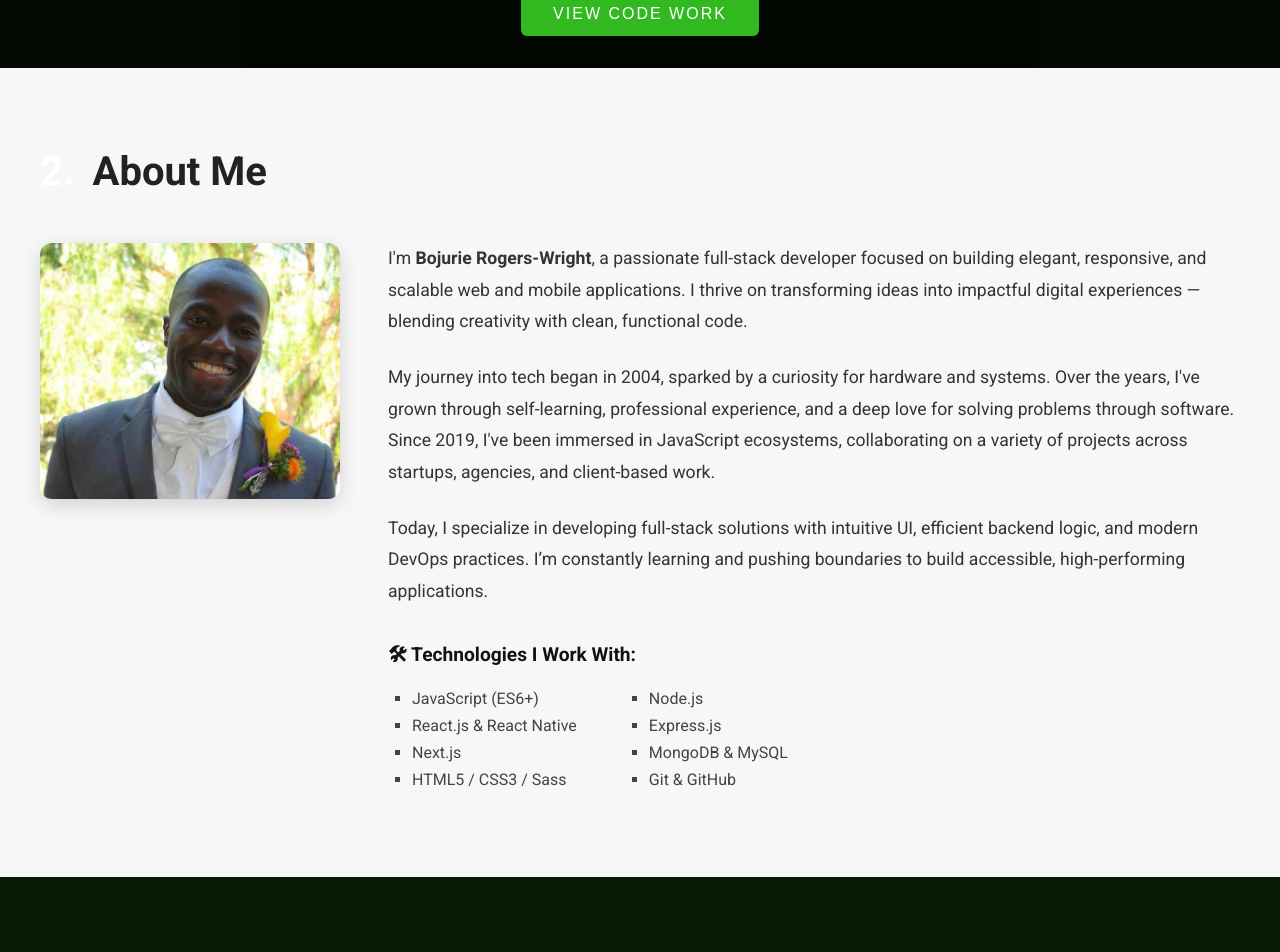
Repository: Bojurie/Portfolio_2022
Page: /
An editor plug-in stored every save of this project. The page is shown before and after the next save, followed by the edit.
The browser window is 1280 px wide. The pictures show the part of the page from y = 362 to 1314 px (the page is 3427 px tall before and 3994 px after).
Pictures or frames that could not be fetched are drawn as grey boxes. The project was rebuilt for these pictures with package versions that can differ from the ones it lists, and the page was loaded fresh each time. Also part of the build but not shown: src/component/pages/Resume.css, src/component/pages/Resume.js. Imported but missing from the stored project, and not drawn on this page: src/component/Resume.pdf, src/component/images/video.mp4, src/component/videos/Screen Recording 2022-04-01 at 8.22.57 PM.mov, src/component/videos/Screen Recording 2022-04-01 at 8.23.25 PM.mov, src/component/videos/Screen Recording 2022-04-01 at 8.25.20 PM.mov, src/component/videos/Screen Recording 2022-04-01 at 8.27.28 PM.mov, src/component/videos/Screen Recording 2022-04-01 at 8.28.35 PM.mov, src/component/videos/Screen Recording 2022-04-01 at 8.30.37 PM.mov and 3 more.

Above is the page before, as saved 2025-04-21 23:26:17.

After the next save:
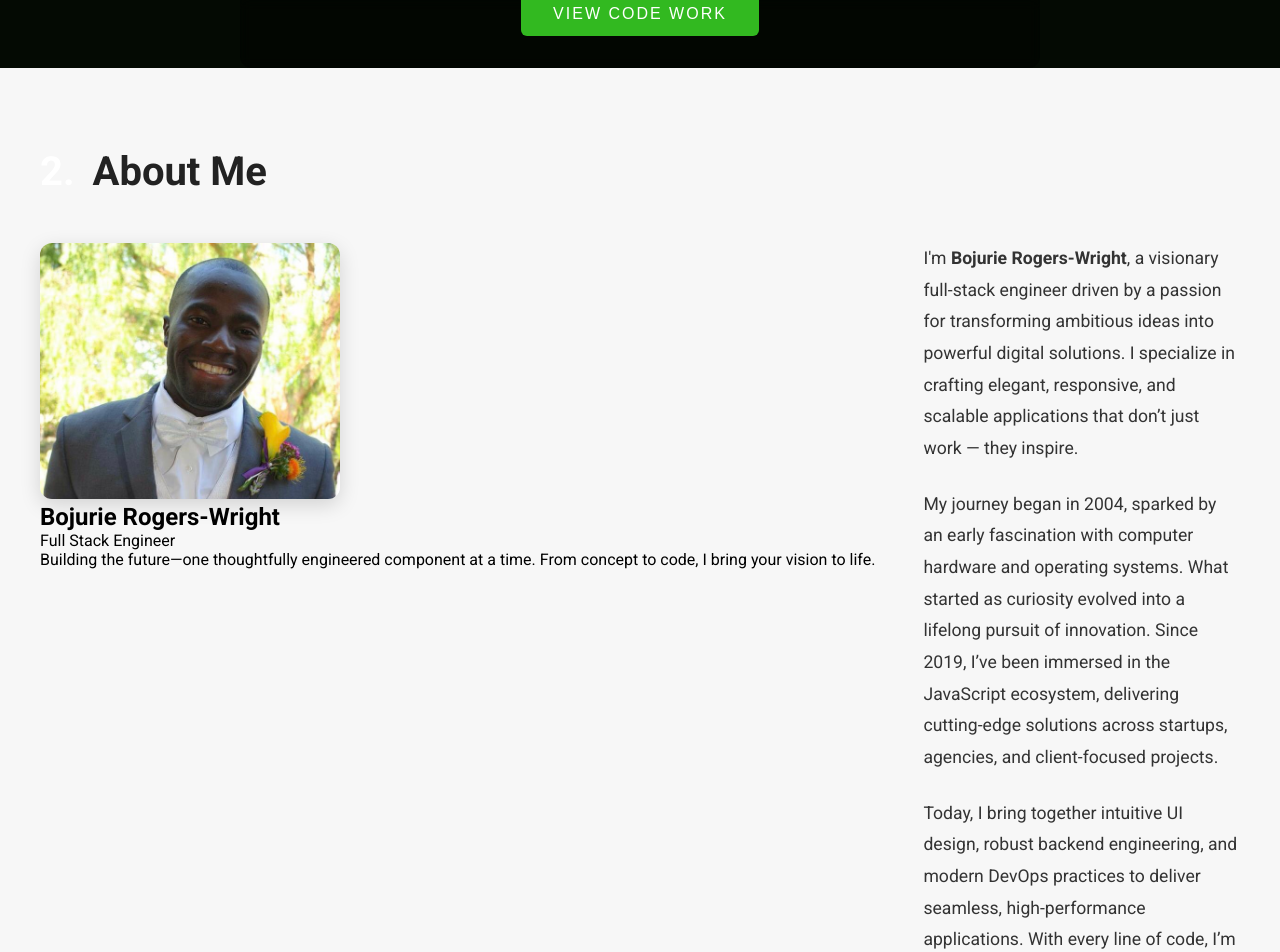
Saved 26 min 40 s later.
--- a/src/component/pages/About.js
+++ b/src/component/pages/About.js
@@ -11,33 +11,41 @@ const About = () => {
         </h2>
 
         <div className="about-content">
-          <div className="about-image">
-            <img src={image} alt="Bojurie Rogers-Wright" />
+          <div>
+            <div className="about-image">
+              <img src={image} alt="Bojurie Rogers-Wright" />
+            </div>
+            <div>
+              <h2>Bojurie Rogers-Wright</h2>
+              <p>Full Stack Engineer</p>
+              <p>
+                Building the future—one thoughtfully engineered component at a
+                time. From concept to code, I bring your vision to life.{" "}
+              </p>
+            </div>
           </div>
-
           <div className="about-text">
             <p>
-              I'm <strong>Bojurie Rogers-Wright</strong>, a passionate
-              full-stack developer focused on building elegant, responsive, and
-              scalable web and mobile applications. I thrive on transforming
-              ideas into impactful digital experiences — blending creativity
-              with clean, functional code.
+              I'm <strong>Bojurie Rogers-Wright</strong>, a visionary full-stack
+              engineer driven by a passion for transforming ambitious ideas into
+              powerful digital solutions. I specialize in crafting elegant,
+              responsive, and scalable applications that don’t just work — they
+              inspire.
             </p>
 
             <p>
-              My journey into tech began in 2004, sparked by a curiosity for
-              hardware and systems. Over the years, I've grown through
-              self-learning, professional experience, and a deep love for
-              solving problems through software. Since 2019, I've been immersed
-              in JavaScript ecosystems, collaborating on a variety of projects
-              across startups, agencies, and client-based work.
+              My journey began in 2004, sparked by an early fascination with
+              computer hardware and operating systems. What started as curiosity
+              evolved into a lifelong pursuit of innovation. Since 2019, I’ve
+              been immersed in the JavaScript ecosystem, delivering cutting-edge
+              solutions across startups, agencies, and client-focused projects.
             </p>
 
             <p>
-              Today, I specialize in developing full-stack solutions with
-              intuitive UI, efficient backend logic, and modern DevOps
-              practices. I’m constantly learning and pushing boundaries to build
-              accessible, high-performing applications.
+              Today, I bring together intuitive UI design, robust backend
+              engineering, and modern DevOps practices to deliver seamless,
+              high-performance applications. With every line of code, I’m not
+              just building software — I’m building the future.
             </p>
 
             <h3 className="skills-heading">🛠 Technologies I Work With:</h3>
